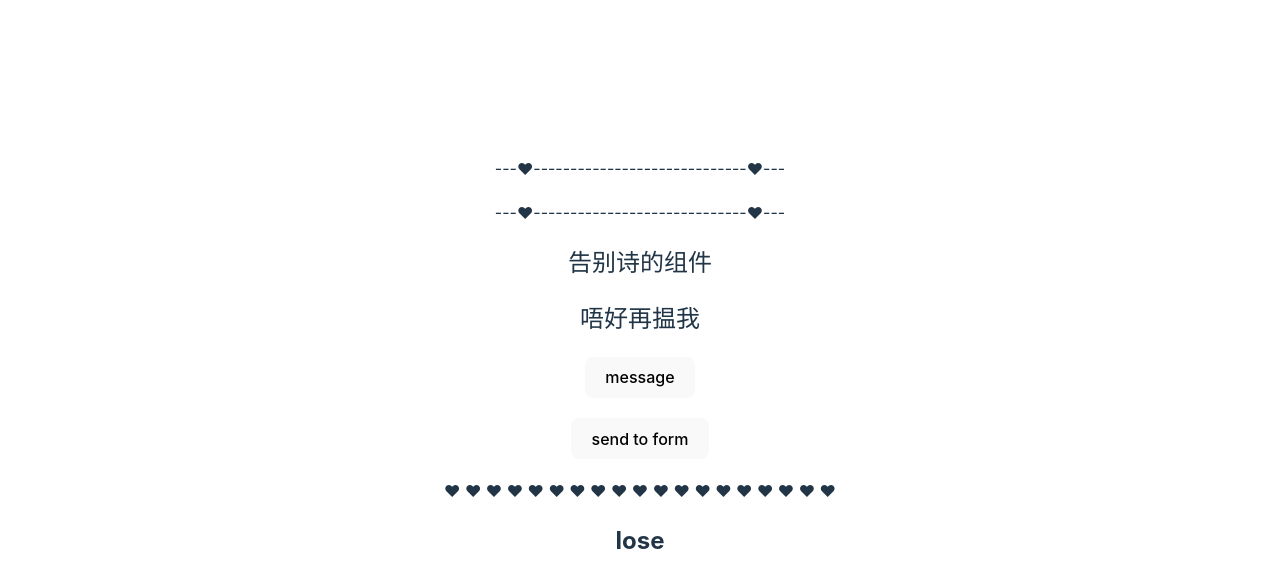
Repository: HyunraDate/NodaEmi
Page: /
The author's editor kept a copy of each file at every save. The page is drawn from the files as they stood at one save, then again after the next save.
The browser window is 1280 px wide. The pictures show the whole page.
The project was rebuilt for these pictures with package versions that can differ from the ones it lists, and the page was loaded fresh each time. Also part of the build but not shown: vite.config.js, src/components/HelloWorld.vue.

Above is the page before, as saved 2023-08-22 13:39:42.

After the next save:
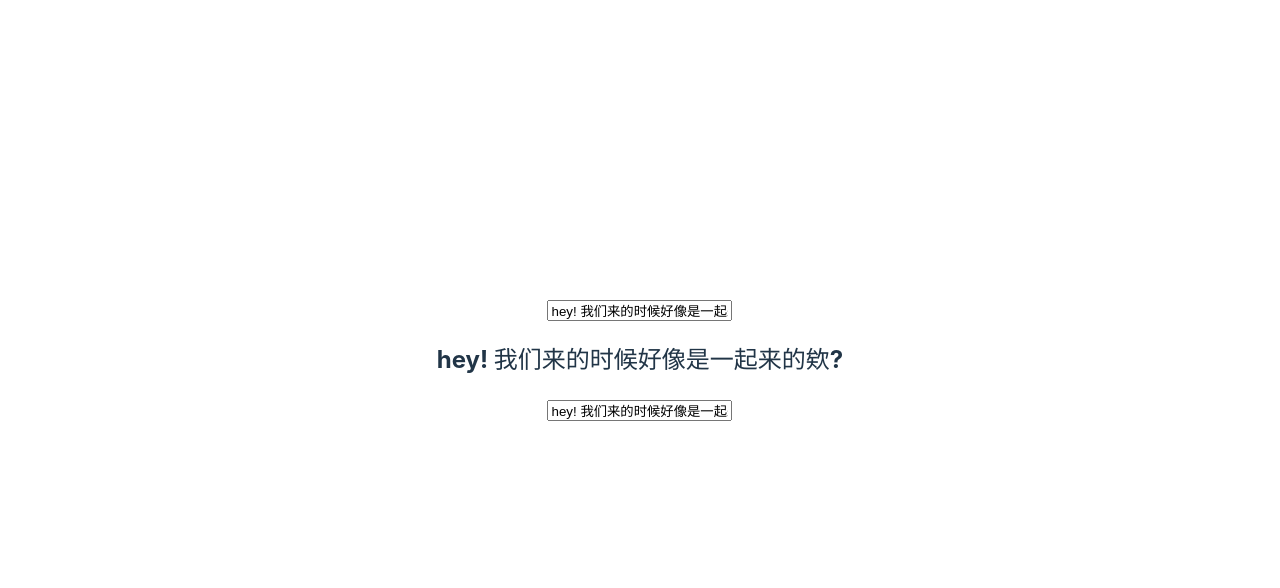
Saved 36 s later.
--- a/src/main.js
+++ b/src/main.js
@@ -1,5 +1,5 @@
 import { createApp } from 'vue'
 import './style.css'
-import App from './form.vue'
+import App from './formの双向绑定.vue'
 
 createApp(App).mount('#app')
